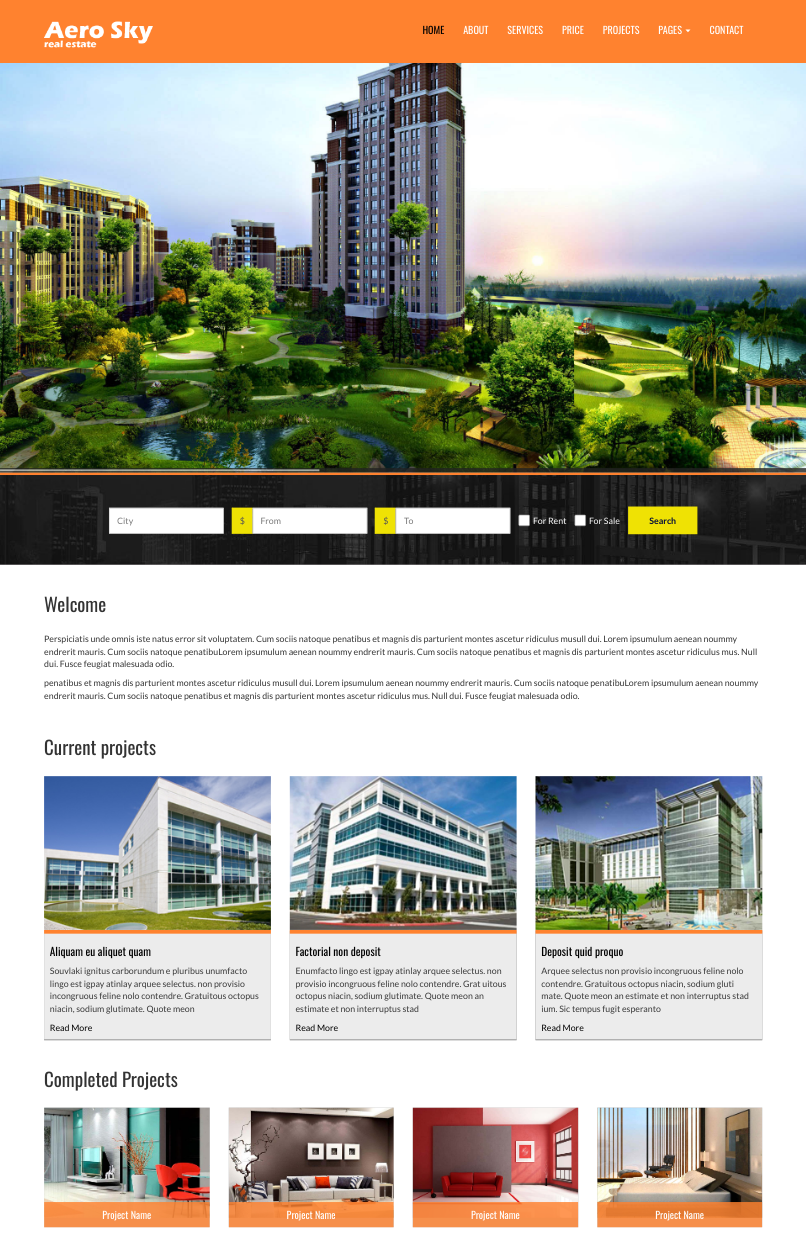
Repository: james19999/gestion
Page: http://localhost/
An editor plug-in stored every save of this project. The page is shown before and after a run of saves, followed by the edit.
The browser window is 1280 px wide. The pictures show the whole page, at 63% of full size.
The page is served by the project's Laravel application, run on PHP 8.4 with Laravel 8. Other server files are loaded and not shown.

Above is the page before, as saved 2021-11-02 16:04:50.

### routes/web.php
<?php

use Illuminate\Support\Facades\Route;

/*
|--------------------------------------------------------------------------
| Web Routes
|--------------------------------------------------------------------------
|
| Here is where you can register web routes for your application. These
| routes are loaded by the RouteServiceProvider within a group which
| contains the "web" middleware group. Now create something great!
|
*/

Route::get('/', function () {
    return view('welcome');
});


Route::get('/toto', function () {
    return 'Hello World';
});
Route::get('/produits', function () {
     return view('produit/al');
});
// Route::get('/PTT', function () {
//     return view('produit/ab');

// });

Route::view('/PTT','produit.ab');

Route::view('/contact','AN.contact')->name('contact');
Route::view('/a_propos','AN.a_propos')->name('a_propos');

### resources/views/welcome.blade.php
<!DOCTYPE html>
<html lang="en">
<head>
	<meta charset="utf-8">
	<meta name="viewport" content="width=device-width, initial-scale=1.0">
	<meta name="description" content="Real Estate Builders Free Responsive Website Templates - icon">
	<meta name="author" content="webThemez.com">
	<title>Real Estate Builders Free Responsive Website - icon</title>
	<link rel="favicon" href="assets/images/favicon.png">
	<link rel="stylesheet" media="screen" href="http://fonts.googleapis.com/css?family=Open+Sans:300,400,700">
	<link rel="stylesheet" href="{{ asset('assets/css/bootstrap.min.css') }}">
	<link rel="stylesheet" href="{{ asset('assets/css/font-awesome.min.css') }}">
	<link rel="stylesheet" href="{{ asset('assets/css/bootstrap-theme.css') }}" media="screen">
	<link rel="stylesheet" href="{{ asset('assets/css/style.css') }}">
    <link rel='stylesheet' id='camera-css'  href='{{ asset('assets/css/camera.css') }}' type='text/css' media='all'>
	<!-- HTML5 shim and Respond.js IE8 support of HTML5 elements and media queries -->
	<!--[if lt IE 9]>
	<script src="assets/js/html5shiv.js"></script>
	<script src="assets/js/respond.min.js"></script>
	<![endif]-->
</head>
<body>
	<!-- Fixed navbar -->


	<!-- /.navbar -->
      @include('partials.nav')
	<!-- Header -->
	<header id="head">
		<div class="container">
					<div class="fluid_container">
                    <div class="camera_wrap camera_emboss pattern_1" id="camera_wrap_4">
                        <div data-thumb="assets/images/slides/thumbs/slide1.jpg" data-src="assets/images/slides/slide1.jpg">
                        </div>
                        <div data-thumb="assets/images/slides/thumbs/slide2.jpg" data-src="assets/images/slides/slide2.jpg">
                        </div>
                        <div data-thumb="assets/images/slides/thumbs/slide3.jpg" data-src="assets/images/slides/slide3.jpg">
                        </div>
                    </div><!-- #camera_wrap_3 -->
                </div><!-- .fluid_container -->
		</div>
	</header>
	<!-- /Header -->
<section id="search">
<div class="search-panel">
                <form class="form-inline" role="form">
                    <div class="form-group">
                        <input type="text" class="form-control" id="city" placeholder="City" autocomplete="off">
                    </div>
                    <div class="form-group hidden-xs adv">
                        <div class="input-group">
                            <div class="input-group-addon">$</div>
                            <input class="form-control price" type="text" placeholder="From">
                        </div>
                    </div>
                    <div class="form-group hidden-xs adv">
                        <div class="input-group">
                            <div class="input-group-addon">$</div>
                            <input class="form-control price" type="text" placeholder="To">
                        </div>
                    </div>
                    <div class="form-group hidden-xs adv">
                        <div class="checkbox custom-checkbox"><label><input type="checkbox"><span class="fa fa-check"></span> For Rent</label></div>
                    </div>
                    <div class="form-group hidden-xs adv">
                        <div class="checkbox custom-checkbox"><label><input type="checkbox"><span class="fa fa-check"></span> For Sale</label></div>
                    </div>
                    <div class="form-group">
                        <a href="" class="btn btnsearch">Search</a>
                    </div>
                </form>
            </div>
</section>
      <section class="secpadding">
	  <div class="container">
      <div class="row">
      	<div class="col-md-12"><div class="title-box clearfix "><h2 class="title-box_primary">Welcome</h2></div>
        <p>Perspiciatis unde omnis iste natus error sit voluptatem. Cum sociis natoque penatibus et magnis dis parturient montes ascetur ridiculus musull dui. Lorem ipsumulum aenean noummy endrerit mauris. Cum sociis natoque penatibuLorem ipsumulum aenean noummy endrerit mauris. Cum sociis natoque penatibus et magnis dis parturient montes ascetur ridiculus mus. Null dui. Fusce feugiat malesuada odio.</p>
		<p>penatibus et magnis dis parturient montes ascetur ridiculus musull dui. Lorem ipsumulum aenean noummy endrerit mauris. Cum sociis natoque penatibuLorem ipsumulum aenean noummy endrerit mauris. Cum sociis natoque penatibus et magnis dis parturient montes ascetur ridiculus mus. Null dui. Fusce feugiat malesuada odio.</p> </div>
        </div>
		</div>
		</section>
      <section class="news-box">
        <div class="container">
            <h2><span>Current projects</span></h2>
            <div class="row">

                    <div class="col-md-4 col-sm-6 col-xs-12">
                        <div class="thumbnail thumbnail4">
                            <img src="assets/images/news2.jpg" alt="">

                            <div class="caption">
                                <h4>
                                    <a href="#">
                                        Aliquam eu aliquet quam
                                    </a>
                                </h4>

                                <p>
                                    Souvlaki ignitus carborundum e pluribus unumfacto lingo est igpay atinlay arquee
                                    selectus. non provisio incongruous feline nolo contendre. Gratuitous octopus niacin,
                                    sodium glutimate. Quote meon
                                </p>
                                <a href="#" data-title="Read More" class="btn-link"><span>Read More</span></a>
                            </div>
                        </div>
                    </div>
                    <div class="col-md-4 col-sm-6 col-xs-12">
                        <div class="thumbnail thumbnail4">
                            <img src="assets/images/news3.jpg" alt="">

                            <div class="caption">
                                <h4>
                                    <a href="#">
                                        Factorial non deposit
                                    </a>
                                </h4>

                                <p>
                                    Enumfacto lingo est igpay atinlay arquee selectus.
                                    non provisio incongruous feline nolo contendre. Grat uitous octopus niacin, sodium
                                    glutimate. Quote meon an estimate et non interruptus stad
                                </p>
                                <a href="#" data-title="Read More" class="btn-link"><span>Read More</span></a>
                            </div>
                        </div>
                    </div>
                    <div class="col-md-4 col-sm-6 col-xs-12">
                        <div class="thumbnail thumbnail4">
                            <img src="assets/images/news4.jpg" alt="">

                            <div class="caption">
                                <h4>
                                    <a href="#">
                                        Deposit quid proquo
                                    </a>
                                </h4>

                                <p>
                                    Arquee selectus non provisio incongruous feline nolo contendre. Gratuitous octopus
                                    niacin, sodium gluti mate. Quote meon an estimate et non interruptus stad ium. Sic
                                    tempus fugit esperanto
                                </p>
                                <a href="#" data-title="Read More" class="btn-link"><span>Read More</span></a>
                            </div>
                        </div>
                    </div>

                </div>
        </div>
    </section>

  <section id="packages" class="secpadding">
        <div class="container">
             <h2><span>Completed Projects</span></h2>

        	 <div class="row">
                <div class="col-md-3 col-sm-6">
                            <div class="cuadro_intro_hover " style="background-color:#cccccc;">
                                <p style="text-align:center;">
                                    <img src="assets/images/pic/pic-5.jpg" class="img-responsive" alt="">
                                </p>
                                <div class="caption">
                                    <div class="blur"></div>
                                    <div class="caption-text">
                                        <h3>Project Name</h3>
                                        <a class=" btn btn-default" href="#">$4600</i></a>
                                    </div>
                                </div>
                            </div>

                </div>
                <div class="col-md-3  col-sm-6">
                            <div class="cuadro_intro_hover " style="background-color:#cccccc;">
                                <p style="text-align:center;">
                                    <img src="assets/images/pic/pic-6.jpg" class="img-responsive" alt="">
                                </p>
                                <div class="caption">
                                    <div class="blur"></div>
                                    <div class="caption-text">
                                         <h3>Project Name</h3>
                                        <a class=" btn btn-default" href="#">$4600</i></a>
                                    </div>
                                </div>
                            </div>

                </div>
                <div class="col-md-3  col-sm-6">
                            <div class="cuadro_intro_hover " style="background-color:#cccccc;">
                                <p style="text-align:center;">
                                    <img src="assets/images/pic/pic-7.jpg" class="img-responsive" alt="">
                                </p>
                                <div class="caption">
                                    <div class="blur"></div>
                                    <div class="caption-text">
                                         <h3>Project Name</h3>
                                        <a class=" btn btn-default" href="#">$4600</i></a>
                                    </div>
                                </div>
                            </div>

                </div>
                <div class="col-md-3  col-sm-6">
                            <div class="cuadro_intro_hover " style="background-color:#cccccc;">
                                <p style="text-align:center;">
                                    <img src="assets/images/pic/pic-8.jpg" class="img-responsive" alt="">
                                </p>
                                <div class="caption">
                                    <div class="blur"></div>
                                    <div class="caption-text">
                                         <h3>Project Name</h3>
                                        <a class=" btn btn-default" href="#">$4600</i></a>
                                    </div>
                                </div>
                            </div>

                </div>
            </div>
         </div>
    </section>
{{--
      <section class="btm-section secpadding">
	  <div class="container">
      <div class="row">
      	    <div class="col-md-4"><div class="title-box clearfix "><h3 class="title-box_primary">New Projects</h3></div>
            <div class="list styled custom-list">
            <ul>
            <li><a title="Snatoque penatibus et magnis dis partu rient montes ascetur ridiculus mus." href="#">Singapore Township</a></li>
            <li><a title="Fusce feugiat malesuada odio. Morbi nunc odio gravida at cursus nec luctus." href="#">Mega luxury Villas</a></li>
            <li><a title="Penatibus et magnis dis parturient montes ascetur ridiculus mus." href="#">RNT Commercial Shopping Mall</a></li>
            <li><a title="Morbi nunc odio gravida at cursus nec luctus a lorem. Maecenas tristique orci." href="#">SVN Independent & Duplex Houses</a></li>
            <li><a title="Snatoque penatibus et magnis dis partu rient montes ascetur ridiculus mus." href="#">World wide IT park</a></li>
            <li><a title="Fusce feugiat malesuada odio. Morbi nunc odio gravida at cursus nec luctus." href="#">North Arena SNT Township</a></li>
            </ul>
            </div>
         </div>

        <div class="col-md-4"><div class="title-box clearfix "><h3 class="title-box_primary">Large Projects</h3></div>
            <div class="list styled custom-list">
            <ul>
            <li><a title="Snatoque penatibus et magnis dis partu rient montes ascetur ridiculus mus." href="#">Singapore Township</a></li>
            <li><a title="Fusce feugiat malesuada odio. Morbi nunc odio gravida at cursus nec luctus." href="#">Mega luxury Villas</a></li>
            <li><a title="Penatibus et magnis dis parturient montes ascetur ridiculus mus." href="#">RNT Commercial Shopping Mall</a></li>
            <li><a title="Morbi nunc odio gravida at cursus nec luctus a lorem. Maecenas tristique orci." href="#">SVN Independent & Duplex Houses</a></li>
            <li><a title="Snatoque penatibus et magnis dis partu rient montes ascetur ridiculus mus." href="#">World wide IT park</a></li>
            <li><a title="Fusce feugiat malesuada odio. Morbi nunc odio gravida at cursus nec luctus." href="#">North Arena SNT Township</a></li>
            </ul>
            </div>
         </div>
         <div class="col-md-4"><div class="title-box clearfix "><h3 class="title-box_primary">Our Clients</h3></div>
            <blockquote class="blockquote-1">
					<p>Lorem ipsum dolor sit amet, consectetur adipiscing elit. Integer posuere erat a ante. Anim pariatur cliche reprehenderit, enim eiusmod high life accusamus terry richardson ad squid</p>
					<small>Someone famous in <cite title="Source Title">Source Title</cite></small>
				</blockquote></div>

      </div></div>
      </section>


    <footer id="footer">

		<div class="footer2">
			<div class="container">
				<div class="row">

					<div class="col-md-6 panel">
						<div class="panel-body">
							<p class="simplenav">
								<a href="index.html">Home</a> |
								<a href="about.html">About</a> |
								<a href="services.html">Services</a> |
								<a href="price.html">Price</a> |
								<a href="projects.html">Projects</a> |
								<a href="contact.html">Contact</a>
							</p>
						</div>
					</div>

					<div class="col-md-6 panel">
						<div class="panel-body">
							<p class="text-right">
								Copyright &copy; 2015. Template by <a href="http://webthemez.com/" rel="develop">WebThemez.com</a>
							</p>
						</div>
					</div>

				</div>
				<!-- /row of panels -->
			</div>
		</div>
	</footer> --}}

	<!-- JavaScript libs are placed at the end of the document so the pages load faster -->
	<script src="assets/js/modernizr-latest.js"></script>
	<script type='text/javascript' src='{{ asset('assets/js/jquery.min.js') }}'></script>
    <script type='text/javascript' src='{{ asset('assets/js/fancybox/jquery.fancybox.pack.js') }}'></script>

    <script type='text/javascript' src='assets/js/jquery.mobile.customized.min.js'></script>
    <script type='text/javascript' src='assets/js/jquery.easing.1.3.js'></script>
    <script type='text/javascript' src='assets/js/camera.min.js'></script>
    <script src="assets/js/bootstrap.min.js"></script>
	<script src="assets/js/custom.js"></script>
    <script>
		jQuery(function(){

			jQuery('#camera_wrap_4').camera({
				height: '750',
				loader: 'bar',
				pagination: false,
				thumbnails: false,
				hover: false,
				opacityOnGrid: false,
				imagePath: 'assets/images/'
			});

		});
	</script>

</body>
</html>

### resources/views/partials/nav.blade.php
<div class="navbar navbar-inverse">
    <div class="container">
        <div class="navbar-header">
            <!-- Button for smallest screens -->
            <button type="button" class="navbar-toggle" data-toggle="collapse" data-target=".navbar-collapse"><span class="icon-bar"></span><span class="icon-bar"></span><span class="icon-bar"></span></button>
            <a class="navbar-brand" href="index.html">
                <img src="{{ asset('assets/images/logo.png') }}" alt="Techro HTML5 template"></a>
        </div>
        <div class="navbar-collapse collapse">
            <ul class="nav navbar-nav pull-right mainNav">
                <li class="active"><a href="index.html">Home</a></li>
                <li><a href="about.html">About</a></li>
                <li><a href="services.html">Services</a></li>
                <li><a href="price.html">Price</a></li>
                <li><a href="projects.html">Projects</a></li>
                <li class="dropdown">
                    <a href="#" class="dropdown-toggle" data-toggle="dropdown">Pages <b class="caret"></b></a>
                    <ul class="dropdown-menu">
                        <li><a href="sidebar-right.html">Right Sidebar</a></li>
                        <li><a href="#">Dummy Link1</a></li>
                        <li><a href="#">Dummy Link2</a></li>
                        <li><a href="#">Dummy Link3</a></li>
                    </ul>
                </li>
                <li><a href="contact.html">Contact</a></li>

            </ul>
        </div>
        <!--/.nav-collapse -->
    </div>
</div>

Loaded but not shown: public/assets/css/bootstrap.min.css (library); public/assets/css/font-awesome.min.css (library); public/assets/css/bootstrap-theme.css (library); public/assets/js/modernizr-latest.js (library); public/assets/js/jquery.min.js (library); public/assets/js/fancybox/jquery.fancybox.pack.js (library); public/assets/js/jquery.mobile.customized.min.js (library); public/assets/js/jquery.easing.1.3.js (library); public/assets/js/camera.min.js (library); public/assets/js/bootstrap.min.js (library); public/assets/js/custom.js (62 lines, source omitted); public/assets/css/camera.css (1068 lines, source omitted); public/assets/css/style.css (1083 lines, source omitted); resources/views/partials/footer.blade.php (71 lines, source omitted)

After the next 2 saves:
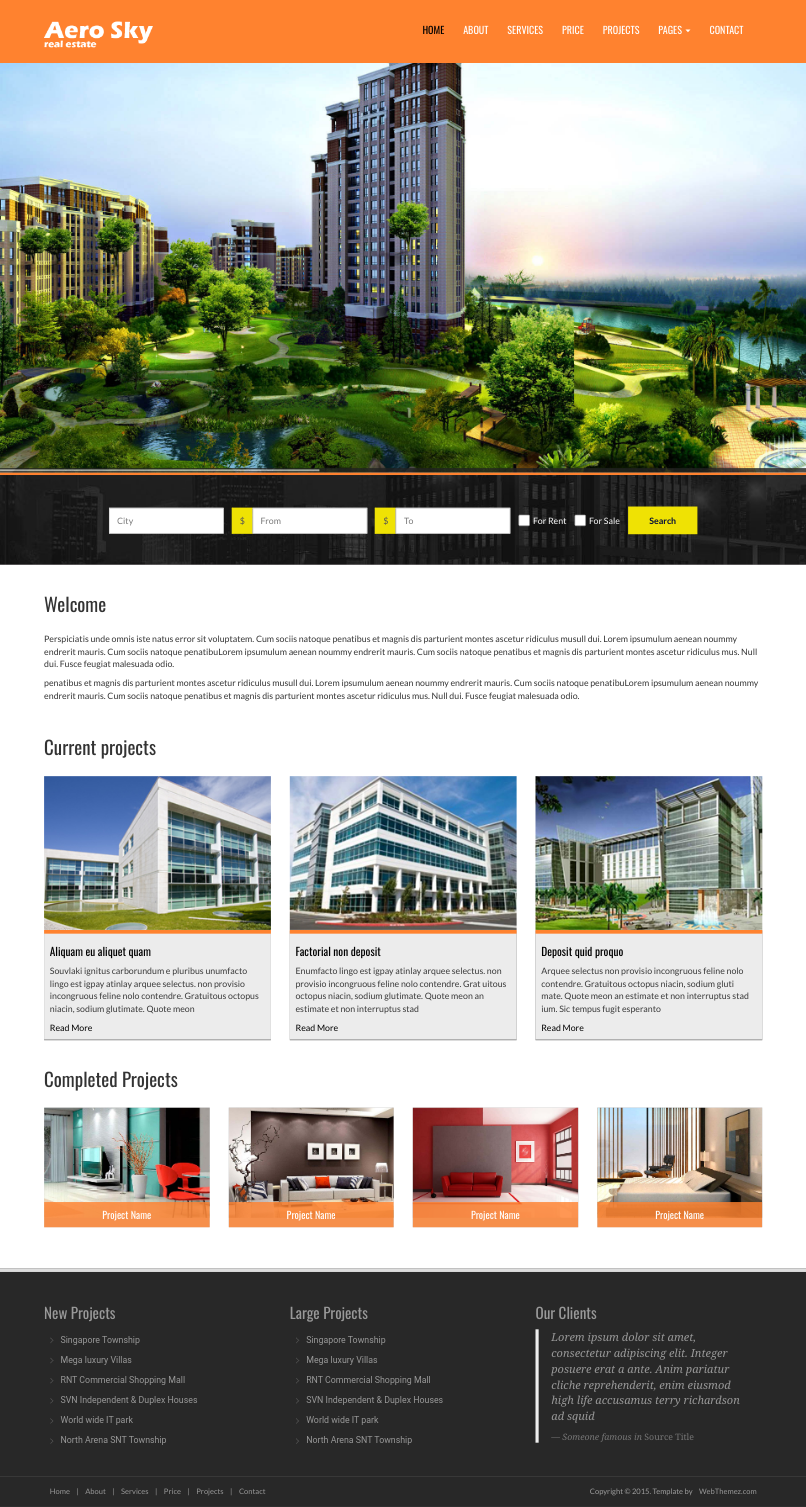
The 2 saves are shown as one change because 1 did not build or start.
The last was saved 31 s later.
--- a/resources/views/welcome.blade.php
+++ b/resources/views/welcome.blade.php
@@ -218,77 +218,11 @@
             </div>
          </div>
     </section>
-{{--
-      <section class="btm-section secpadding">
-	  <div class="container">
-      <div class="row">
-      	    <div class="col-md-4"><div class="title-box clearfix "><h3 class="title-box_primary">New Projects</h3></div>
-            <div class="list styled custom-list">
-            <ul>
-            <li><a title="Snatoque penatibus et magnis dis partu rient montes ascetur ridiculus mus." href="#">Singapore Township</a></li>
-            <li><a title="Fusce feugiat malesuada odio. Morbi nunc odio gravida at cursus nec luctus." href="#">Mega luxury Villas</a></li>
-            <li><a title="Penatibus et magnis dis parturient montes ascetur ridiculus mus." href="#">RNT Commercial Shopping Mall</a></li>
-            <li><a title="Morbi nunc odio gravida at cursus nec luctus a lorem. Maecenas tristique orci." href="#">SVN Independent & Duplex Houses</a></li>
-            <li><a title="Snatoque penatibus et magnis dis partu rient montes ascetur ridiculus mus." href="#">World wide IT park</a></li>
-            <li><a title="Fusce feugiat malesuada odio. Morbi nunc odio gravida at cursus nec luctus." href="#">North Arena SNT Township</a></li>
-            </ul>
-            </div>
-         </div>
-
-        <div class="col-md-4"><div class="title-box clearfix "><h3 class="title-box_primary">Large Projects</h3></div>
-            <div class="list styled custom-list">
-            <ul>
-            <li><a title="Snatoque penatibus et magnis dis partu rient montes ascetur ridiculus mus." href="#">Singapore Township</a></li>
-            <li><a title="Fusce feugiat malesuada odio. Morbi nunc odio gravida at cursus nec luctus." href="#">Mega luxury Villas</a></li>
-            <li><a title="Penatibus et magnis dis parturient montes ascetur ridiculus mus." href="#">RNT Commercial Shopping Mall</a></li>
-            <li><a title="Morbi nunc odio gravida at cursus nec luctus a lorem. Maecenas tristique orci." href="#">SVN Independent & Duplex Houses</a></li>
-            <li><a title="Snatoque penatibus et magnis dis partu rient montes ascetur ridiculus mus." href="#">World wide IT park</a></li>
-            <li><a title="Fusce feugiat malesuada odio. Morbi nunc odio gravida at cursus nec luctus." href="#">North Arena SNT Township</a></li>
-            </ul>
-            </div>
-         </div>
-         <div class="col-md-4"><div class="title-box clearfix "><h3 class="title-box_primary">Our Clients</h3></div>
-            <blockquote class="blockquote-1">
-					<p>Lorem ipsum dolor sit amet, consectetur adipiscing elit. Integer posuere erat a ante. Anim pariatur cliche reprehenderit, enim eiusmod high life accusamus terry richardson ad squid</p>
-					<small>Someone famous in <cite title="Source Title">Source Title</cite></small>
-				</blockquote></div>
-
-      </div></div>
-      </section>
-
-
-    <footer id="footer">
-
-		<div class="footer2">
-			<div class="container">
-				<div class="row">
-
-					<div class="col-md-6 panel">
-						<div class="panel-body">
-							<p class="simplenav">
-								<a href="index.html">Home</a> |
-								<a href="about.html">About</a> |
-								<a href="services.html">Services</a> |
-								<a href="price.html">Price</a> |
-								<a href="projects.html">Projects</a> |
-								<a href="contact.html">Contact</a>
-							</p>
-						</div>
-					</div>
-
-					<div class="col-md-6 panel">
-						<div class="panel-body">
-							<p class="text-right">
-								Copyright &copy; 2015. Template by <a href="http://webthemez.com/" rel="develop">WebThemez.com</a>
-							</p>
-						</div>
-					</div>
-
-				</div>
-				<!-- /row of panels -->
-			</div>
-		</div>
-	</footer> --}}
+
+
+   @include('partials.footer')
+
+
 
 	<!-- JavaScript libs are placed at the end of the document so the pages load faster -->
 	<script src="assets/js/modernizr-latest.js"></script>
